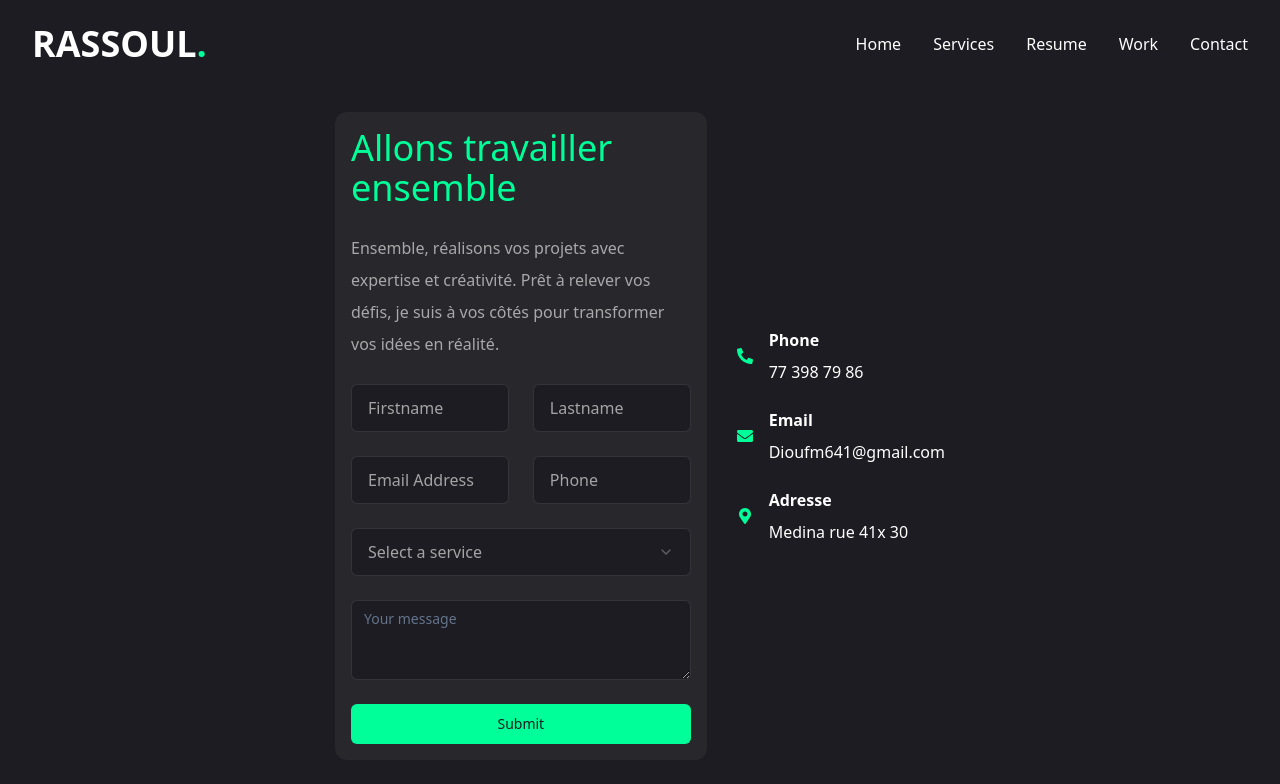
Repository: MDiouf9/portfolio2
Page: /contact
An editor plug-in stored every save of this project. The page is shown before and after a run of saves, followed by the edit.
The browser window is 1280 px wide. The pictures show the whole page.
The project was rebuilt for these pictures with package versions that can differ from the ones it lists, and the page was loaded fresh each time. The framework's server and built-in components were replaced by stand-ins that run in the browser. Also part of the build but not shown: next.config.mjs.

Above is the page before, as saved 2024-10-15 23:59:13.

After the next 2 saves:
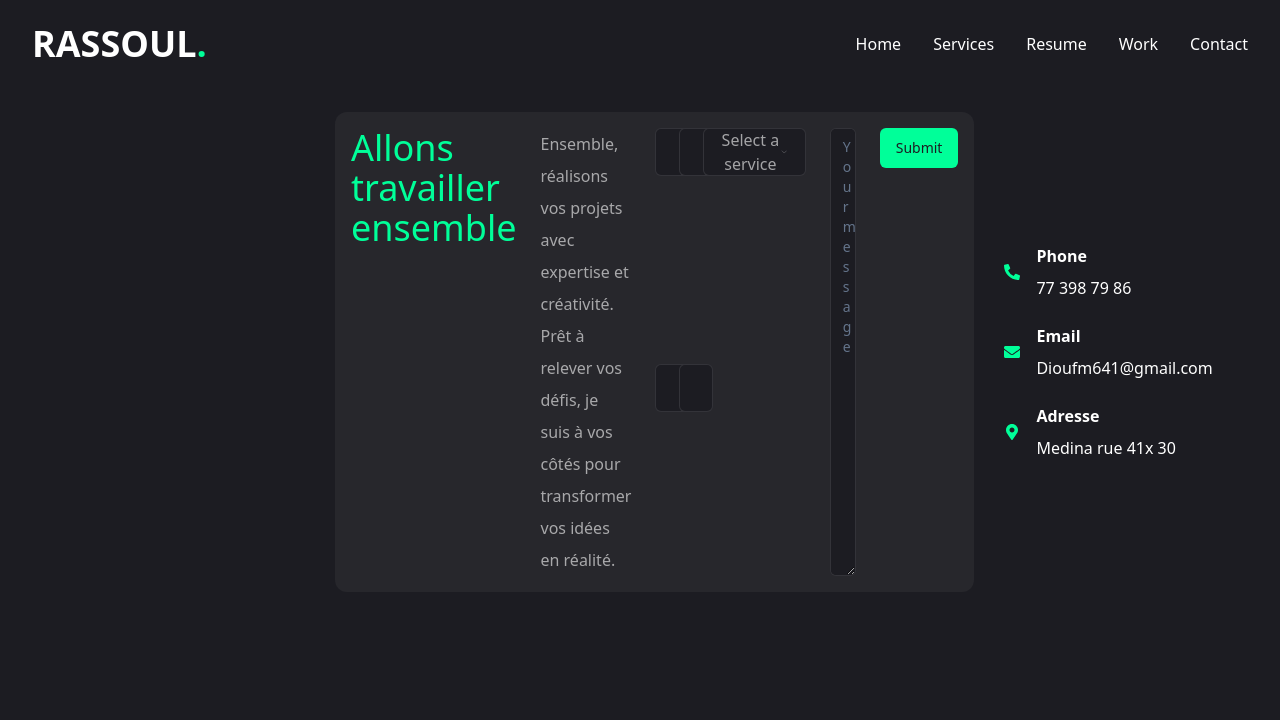
The 2 saves are shown as one change because they came seconds apart.
The last was saved 26 s later.
--- a/src/app/contact/page.tsx
+++ b/src/app/contact/page.tsx
@@ -46,7 +46,7 @@
         <div className="flex flex-col   xl:flex-row gap-[30px]">
           {/* Formulaire de contact */}
           <div className="  xl:h-[54%] order-2  xl:order-none ">
-            <form className="flex flex-col gap-6 p-4 bg-[#27272c] rounded-xl ">
+            <form className="flex flex-row gap-6 p-4 bg-[#27272c] rounded-xl ">
               <h3 className="text-4xl text-accent"> Allons travailler ensemble</h3>
               <p className="text-white/60">
 

After the save that followed:
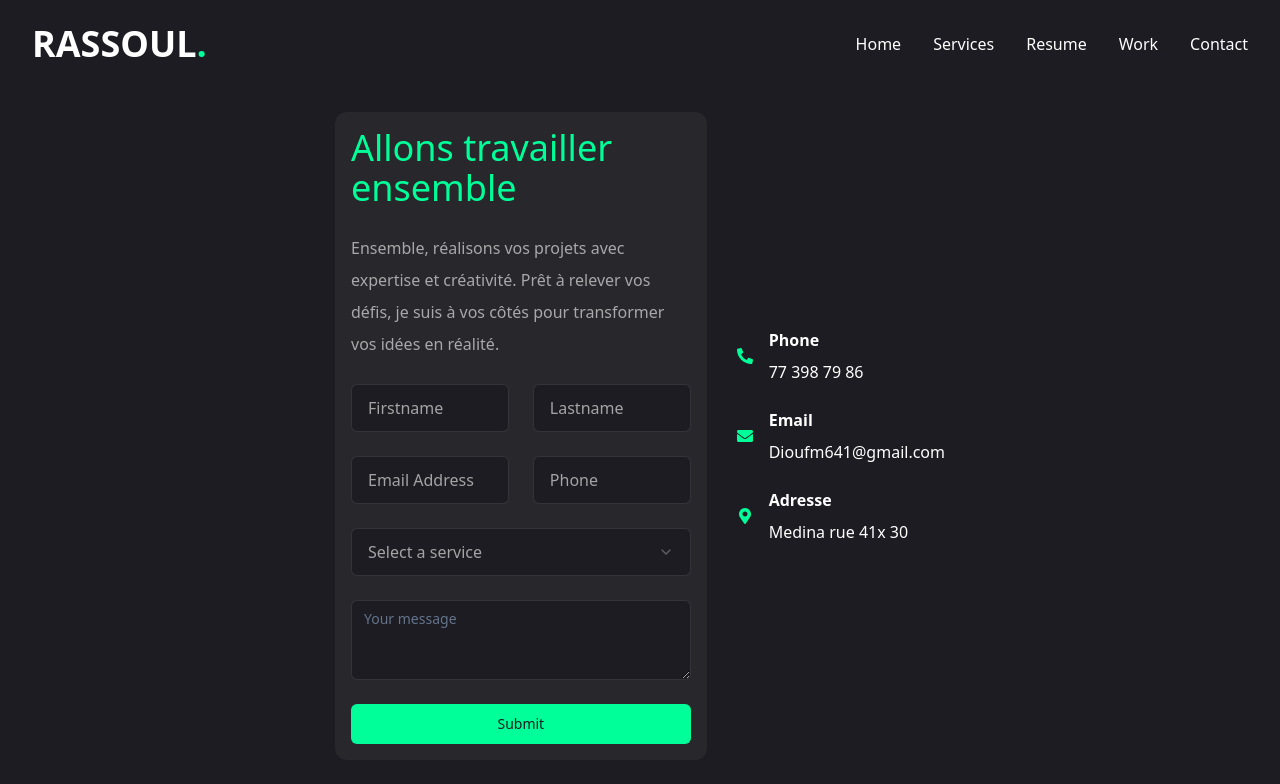
Saved 12 s later.
--- a/src/app/contact/page.tsx
+++ b/src/app/contact/page.tsx
@@ -46,7 +46,7 @@
         <div className="flex flex-col   xl:flex-row gap-[30px]">
           {/* Formulaire de contact */}
           <div className="  xl:h-[54%] order-2  xl:order-none ">
-            <form className="flex flex-row gap-6 p-4 bg-[#27272c] rounded-xl ">
+            <form className="flex flex-col gap-6 p-4 bg-[#27272c] rounded-xl ">
               <h3 className="text-4xl text-accent"> Allons travailler ensemble</h3>
               <p className="text-white/60">
 
